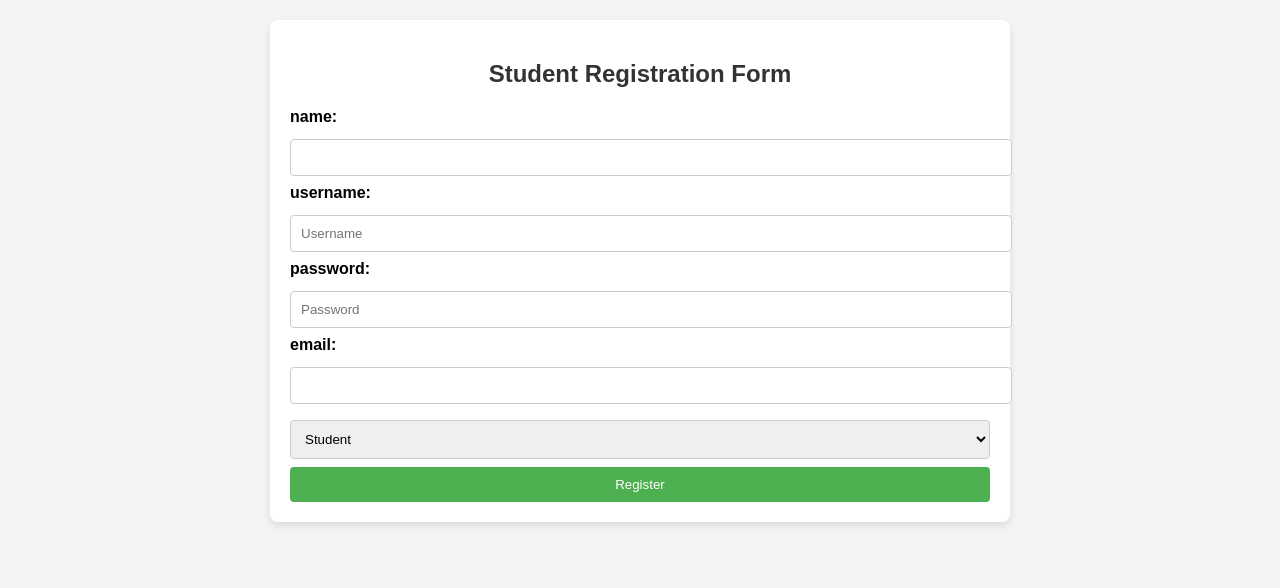
Repository: kkale14/My_allpr
Page: Kalyani1/src/main/webapp/Registration.html
An editor plug-in stored every save of this project. The page is shown before and after the next save, followed by the edit.
The browser window is 1280 px wide. The pictures show the whole page.

Above is the page before, as saved 2025-03-03 16:51:07.

After the next save:
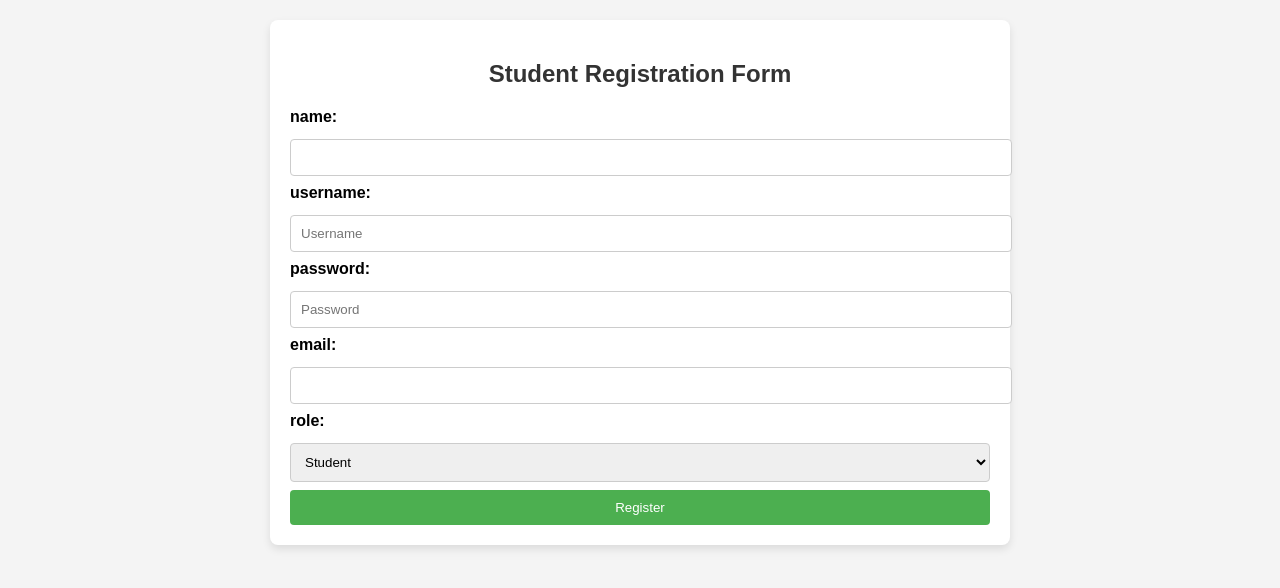
Saved 58 s later.
--- a/Kalyani1/src/main/webapp/Registration.html
+++ b/Kalyani1/src/main/webapp/Registration.html
@@ -81,7 +81,7 @@
             <label for="email">email:</label>
             <input type="email" id="email" name="email" required>
 
-
+             <label for="role">role:</label>
              <select id="userType" name="userType" class="input-field">
                     <option value="student">Student</option>
                     <option value="admin">Admin</option>
